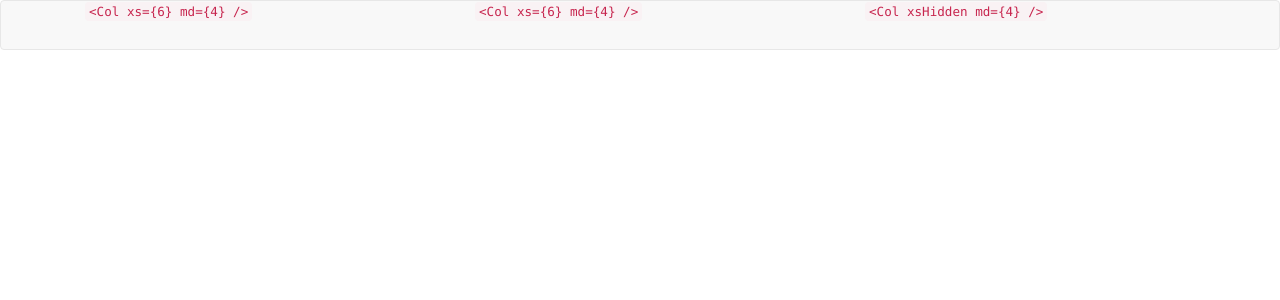
Repository: vivianuol/Clicky-game
Page: /
An editor plug-in stored every save of this project. The page is shown before and after the next save, followed by the edit.
The browser window is 1280 px wide. The pictures show the whole page.
The project was rebuilt for these pictures with package versions that can differ from the ones it lists, and the page was loaded fresh each time.

Above is the page before, as saved 2019-01-12 11:50:42.

### public/index.html
<!DOCTYPE html>
<html lang="en">

<head>
  <meta charset="utf-8" />
  <link rel="shortcut icon" href="%PUBLIC_URL%/favicon.ico" />
  <meta name="viewport" content="width=device-width, initial-scale=1, shrink-to-fit=no" />
  <meta name="theme-color" content="#000000" />
  <!--
      manifest.json provides metadata used when your web app is added to the
      homescreen on Android. See https://developers.google.com/web/fundamentals/web-app-manifest/
    -->
  <link rel="manifest" href="%PUBLIC_URL%/manifest.json" />
  <!--
      Notice the use of %PUBLIC_URL% in the tags above.
      It will be replaced with the URL of the `public` folder during the build.
      Only files inside the `public` folder can be referenced from the HTML.

      Unlike "/favicon.ico" or "favicon.ico", "%PUBLIC_URL%/favicon.ico" will
      work correctly both with client-side routing and a non-root public URL.
      Learn how to configure a non-root public URL by running `npm run build`.
    -->
  <!-- Latest compiled and minified CSS -->
  <link rel="stylesheet"  href="https://maxcdn.bootstrapcdn.com/bootstrap/3.3.7/css/bootstrap.min.css" integrity="sha384-BVYiiSIFeK1dGmJRAkycuHAHRg32OmUcww7on3RYdg4Va+PmSTsz/K68vbdEjh4u"
    crossorigin="anonymous">
  <title>React App</title>
</head>

<body>
  <noscript>You need to enable JavaScript to run this app.</noscript>
  <div id="root"></div>
  <!--
      This HTML file is a template.
      If you open it directly in the browser, you will see an empty page.

      You can add webfonts, meta tags, or analytics to this file.
      The build step will place the bundled scripts into the <body> tag.

      To begin the development, run `npm start` or `yarn start`.
      To create a production bundle, use `npm run build` or `yarn build`.
    -->
</body>

</html>

### src/App.js
import React, { Component } from 'react';
import logo from './logo.svg';
import './App.css';
import Header from "./components/Header"

class App extends Component {
  render() {
    return (
      <div>
        <Header />
        {/* <Jumbotron />
        <Cards />
        <Footer /> */}
      </div>
    )
  }
}

export default App;

### src/App.css
.App {
  text-align: center;
}

.App-logo {
  animation: App-logo-spin infinite 20s linear;
  height: 40vmin;
}

.App-header {
  background-color: #282c34;
  min-height: 100vh;
  display: flex;
  flex-direction: column;
  align-items: center;
  justify-content: center;
  font-size: calc(10px + 2vmin);
  color: white;
}

.App-link {
  color: #61dafb;
}

Nav h2, Nav h4 {
  display: inline-block;
}

Nav {
  height: 40px;
}



@keyframes App-logo-spin {
  from {
    transform: rotate(0deg);
  }
  to {
    transform: rotate(360deg);
  }
}

### src/components/Header.js
import React from "react";
import { Grid, Row, Col } from 'react-bootstrap';
import { Navbar, Nav } from 'react-bootstrap';


export default class Header extends


    React.Component {
    render() {
        return (
            <Navbar>
                <Grid>
                    <Row className="show-grid">
                        <Col xs={6} md={4}>
                            <code>{'<Col xs={6} md={4} />'}</code>
                        </Col>
                        <Col xs={6} md={4}>
                            <code>{'<Col xs={6} md={4} />'}</code>
                        </Col>
                        <Col xsHidden md={4}>
                            <code>{'<Col xsHidden md={4} />'}</code>
                        </Col>
                    </Row>
                </Grid>
            </Navbar>
        );
    }
}

Loaded but not shown: src/index.js (common file); src/index.css (common file); src/serviceWorker.js (common file)

After the next save:
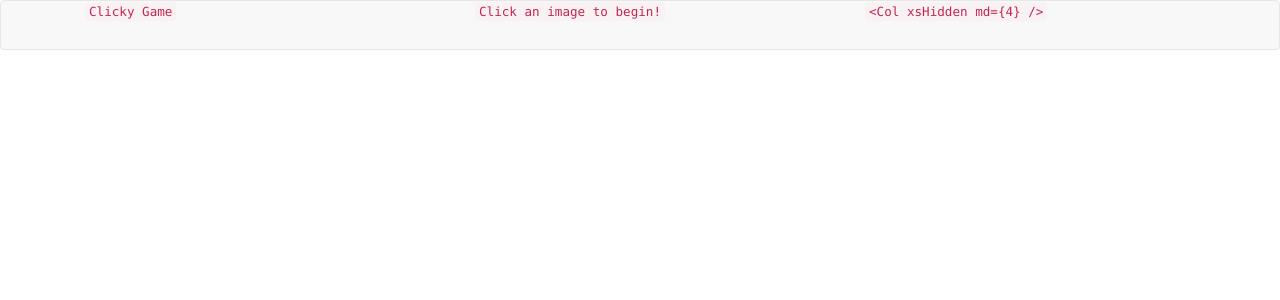
Saved 39 s later.
--- a/src/components/Header.js
+++ b/src/components/Header.js
@@ -13,10 +13,10 @@
                 <Grid>
                     <Row className="show-grid">
                         <Col xs={6} md={4}>
-                            <code>{'<Col xs={6} md={4} />'}</code>
+                            <code>Clicky Game</code>
                         </Col>
                         <Col xs={6} md={4}>
-                            <code>{'<Col xs={6} md={4} />'}</code>
+                            <code>Click an image to begin!</code>
                         </Col>
                         <Col xsHidden md={4}>
                             <code>{'<Col xsHidden md={4} />'}</code>
